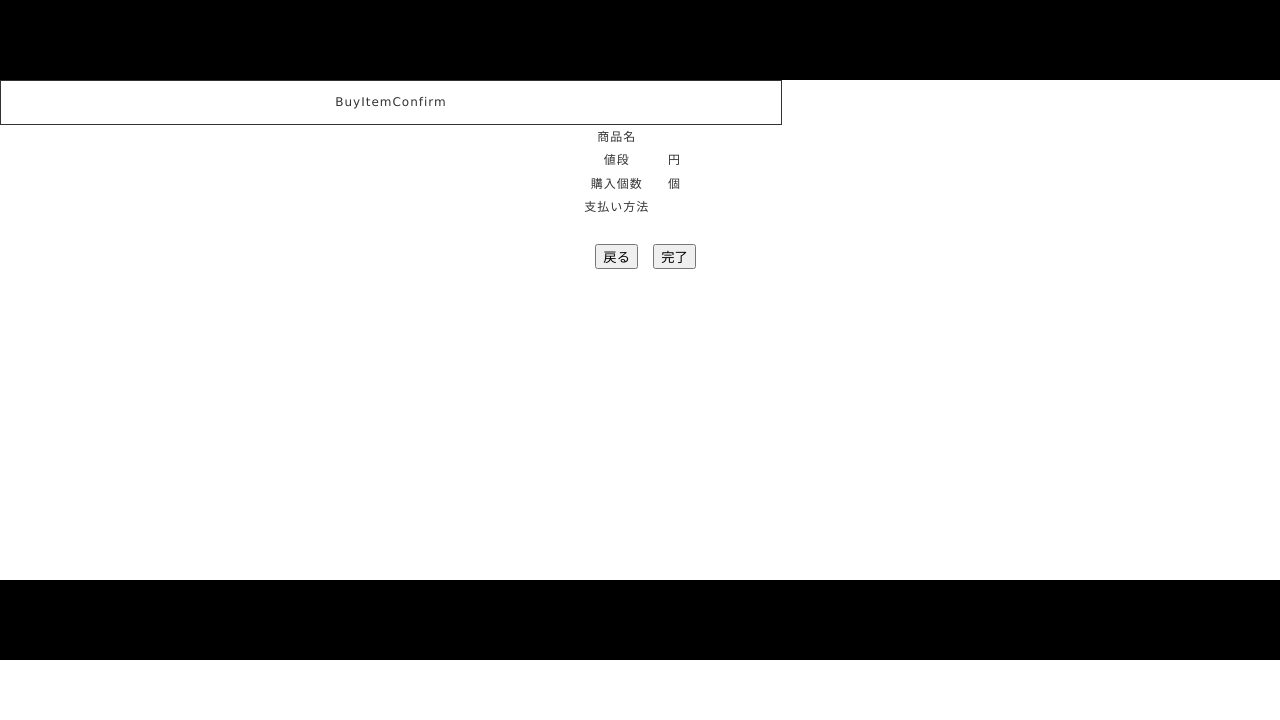
Repository: hiranatsu/ECtest
Page: http://localhost/ecsite/buyItemConfirm.jsp
The author's editor kept a copy of each file at every save. The page is drawn from the files as they stood at one save, then again after the next save.
The browser window is 1280 px wide. The pictures show the whole page.
Some web libraries are served in a nearby version. The page is served by Tomcat 9.

Above is the page before, as saved 2018-09-12 07:02:04.

After the next save:
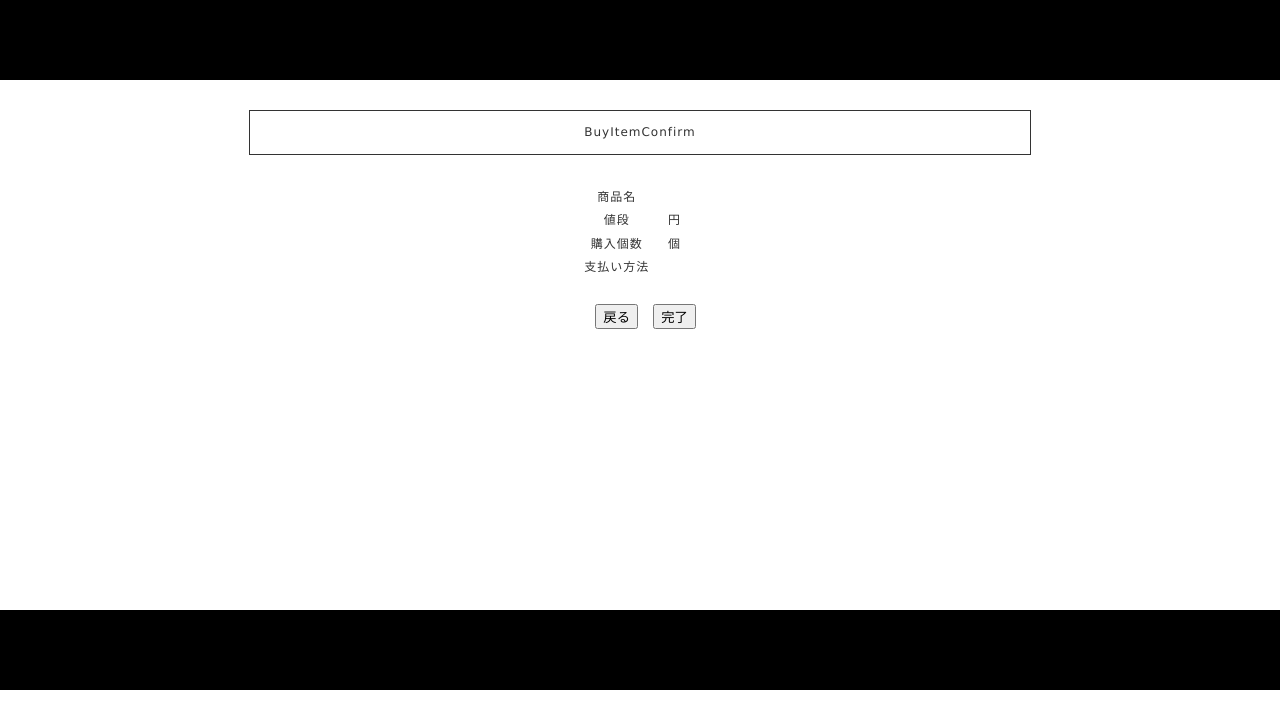
Saved 67 s later.
--- a/ecsite/WebContent/buyItemConfirm.jsp
+++ b/ecsite/WebContent/buyItemConfirm.jsp
@@ -36,7 +36,7 @@
 	/*==========ID LAYOUT==========*/
 	#top{
 	width:780px;
-	height:30px auto;
+	margin:30px auto;
 	border:1px solid #333;
 	}
 
